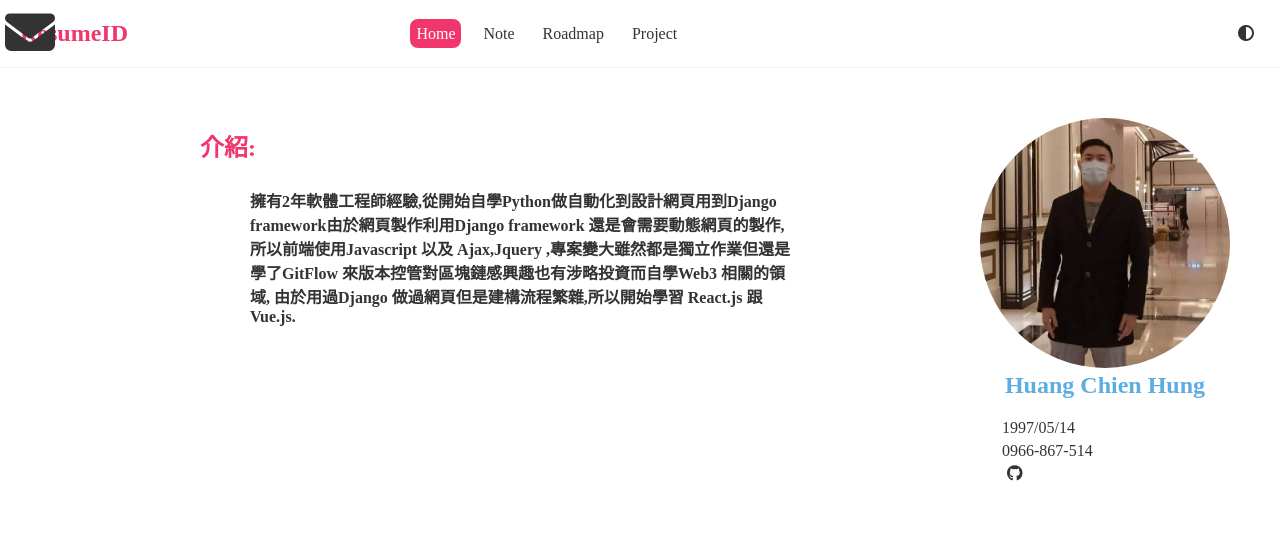
Repository: leo-play-code/ResumeID
Page: /
The author's editor kept a copy of each file at every save. The page is drawn from the files as they stood at one save, then again after a run of saves.
The browser window is 1280 px wide. The pictures show the whole page.
The pointer rests on the first visible `.Home .contact a`.
Some web libraries are served in a nearby version. The project was rebuilt for these pictures with package versions that can differ from the ones it lists, and the page was loaded fresh each time. Also part of the build but not shown: src/Note/Note.js, src/Roadmap/Roadmap.js, src/Project/Project.js.

Above is the page before, as saved 2022-10-18 15:00:58.

After the next 2 saves:
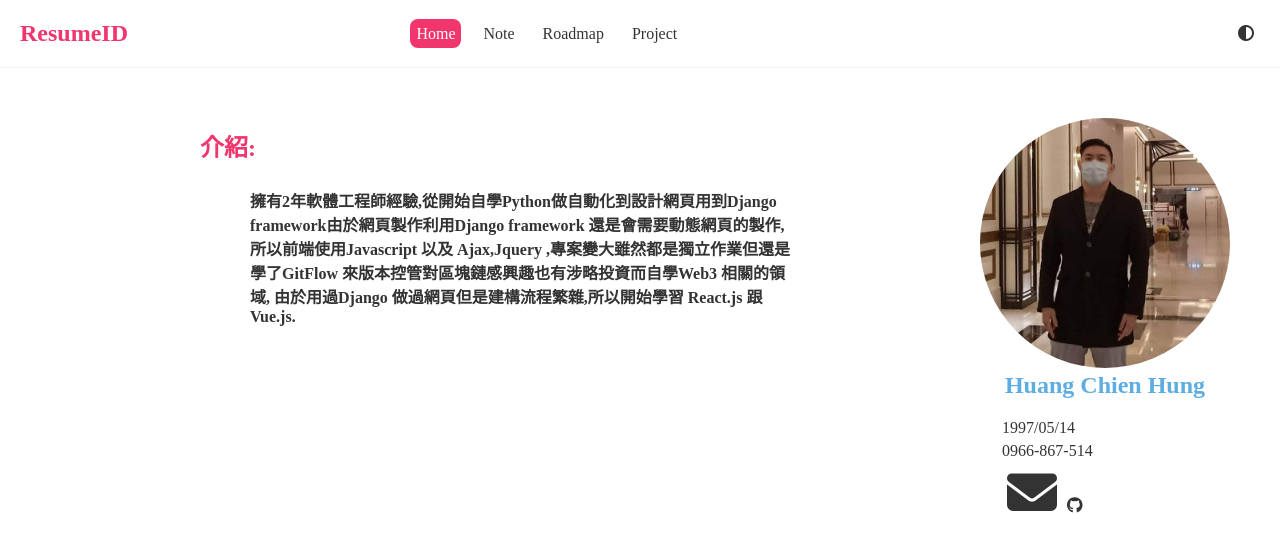
The 2 saves are shown as one change because they came seconds apart.
The last was saved 30 s later.
--- a/src/index.css
+++ b/src/index.css
@@ -99,9 +99,6 @@
 
 .Home .contact a:hover{
   font-size: 50px;
-  position: absolute;
-  top:0;
-  left:0;
-  right:0;
-  bottom: 0;
+  position: relative;
+
 }
